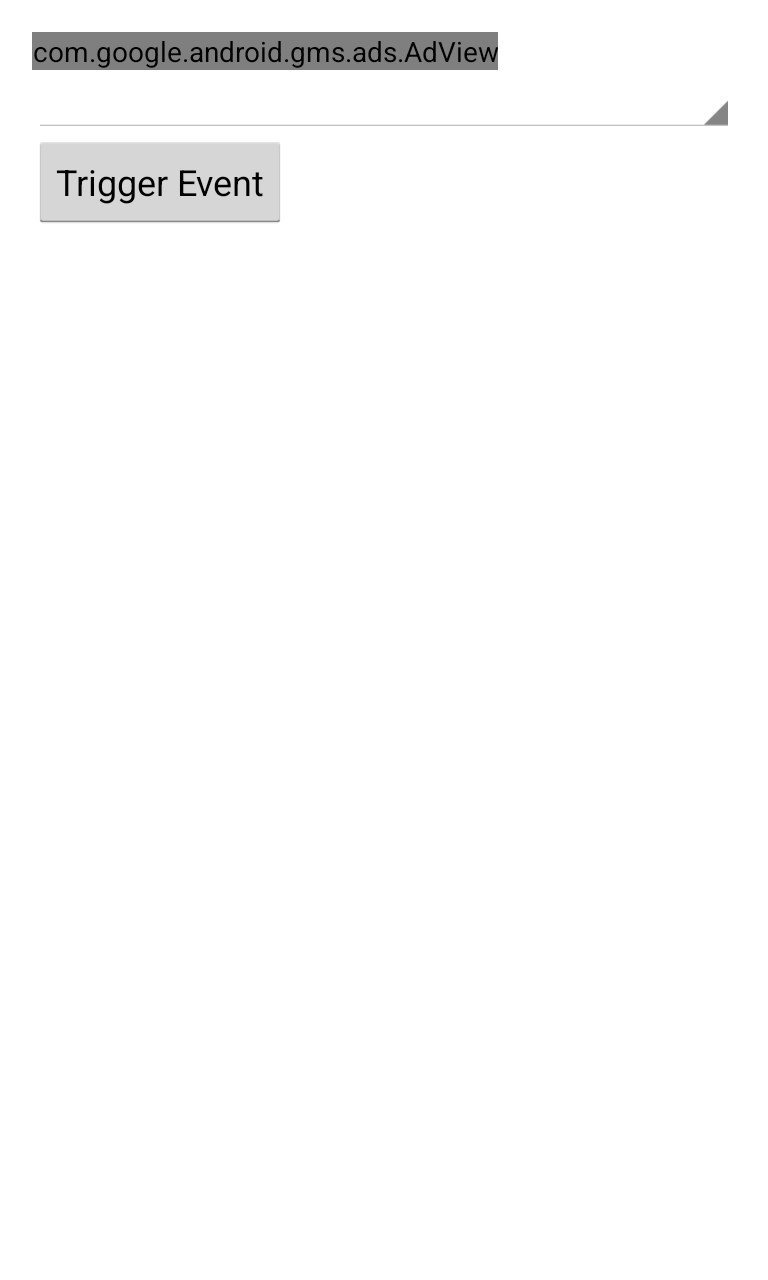
Repository: huynhchanhuy/My-Android-Project-1
Layout: Practise_03_2_PractiseIntent/res/layout/activity_main.xml
The author's editor kept a copy of each file at every save. The layout is drawn from the files as they stood at one save, then again after the next save.
Pictures or frames that could not be fetched are drawn as grey boxes. It is drawn on a 768 x 1280 px phone screen (xhdpi) without system bars, with theme AppTheme; the app's code is not run.

Above is the layout before, as saved 2014-06-01 18:52:19.

After the next save:
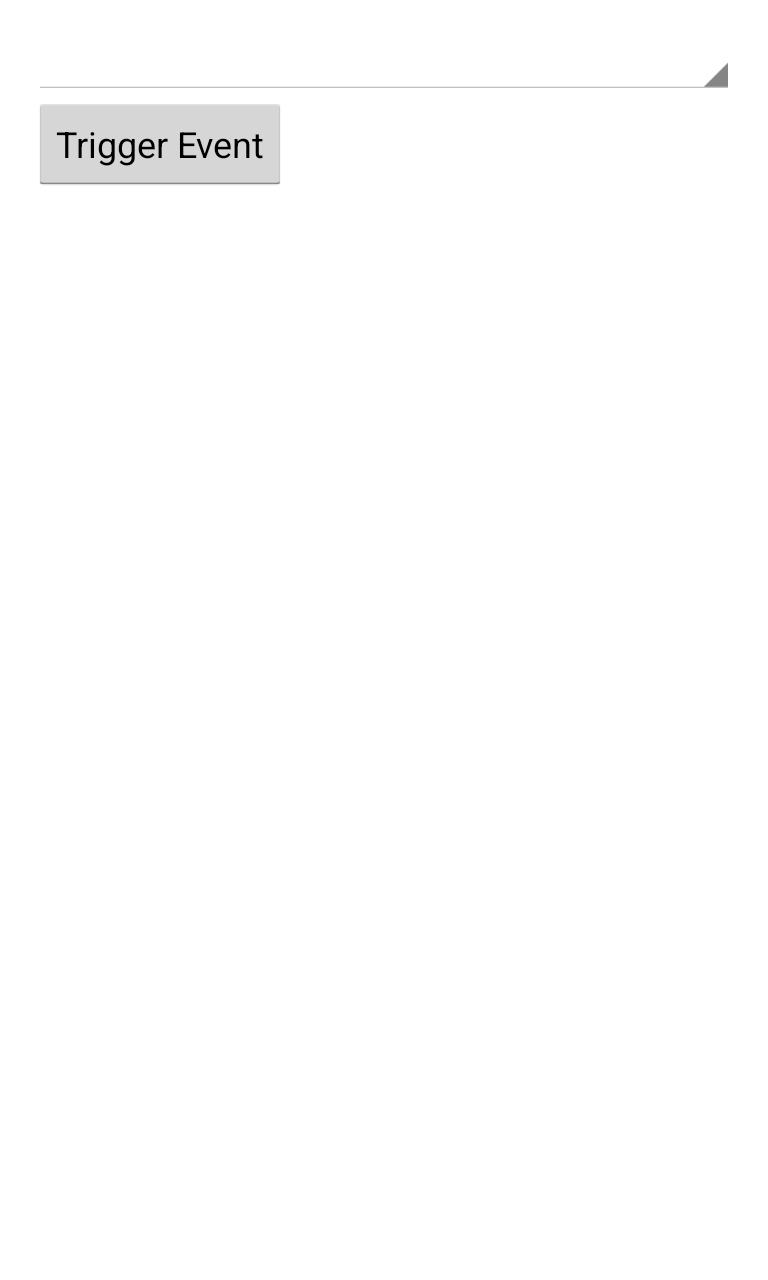
Saved 45 s later.
--- a/Practise_03_2_PractiseIntent/res/layout/activity_main.xml
+++ b/Practise_03_2_PractiseIntent/res/layout/activity_main.xml
@@ -12,11 +12,7 @@
     android:columnCount="1"
     tools:context=".MainActivity" >
 
-    <com.google.android.gms.ads.AdView android:id="@+id/adView"
-                         android:layout_width="wrap_content"
-                         android:layout_height="wrap_content"
-                         ads:adUnitId="ca-app-pub-1190697320020556/1010542828"
-                         ads:adSize="LARGE_BANNER"/>
+
 
     <Spinner android:id="@+id/spinner"
         	android:layout_gravity="fill_horizontal"

After the save that followed:
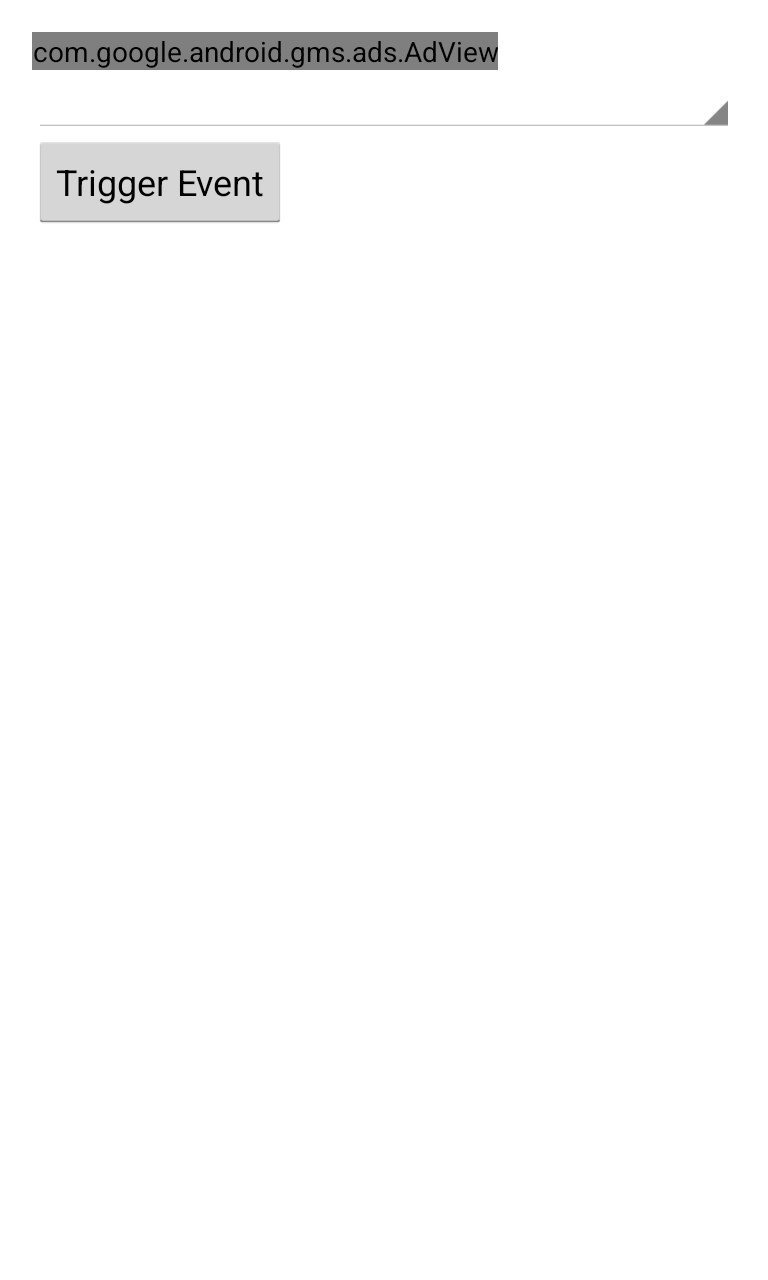
Saved 9 s later.
--- a/Practise_03_2_PractiseIntent/res/layout/activity_main.xml
+++ b/Practise_03_2_PractiseIntent/res/layout/activity_main.xml
@@ -12,7 +12,11 @@
     android:columnCount="1"
     tools:context=".MainActivity" >
 
-
+    <com.google.android.gms.ads.AdView android:id="@+id/adView"
+                         android:layout_width="wrap_content"
+                         android:layout_height="wrap_content"
+                         ads:adUnitId="ca-app-pub-1190697320020556/1010542828"
+                         ads:adSize="LARGE_BANNER"/>
 
     <Spinner android:id="@+id/spinner"
         	android:layout_gravity="fill_horizontal"
